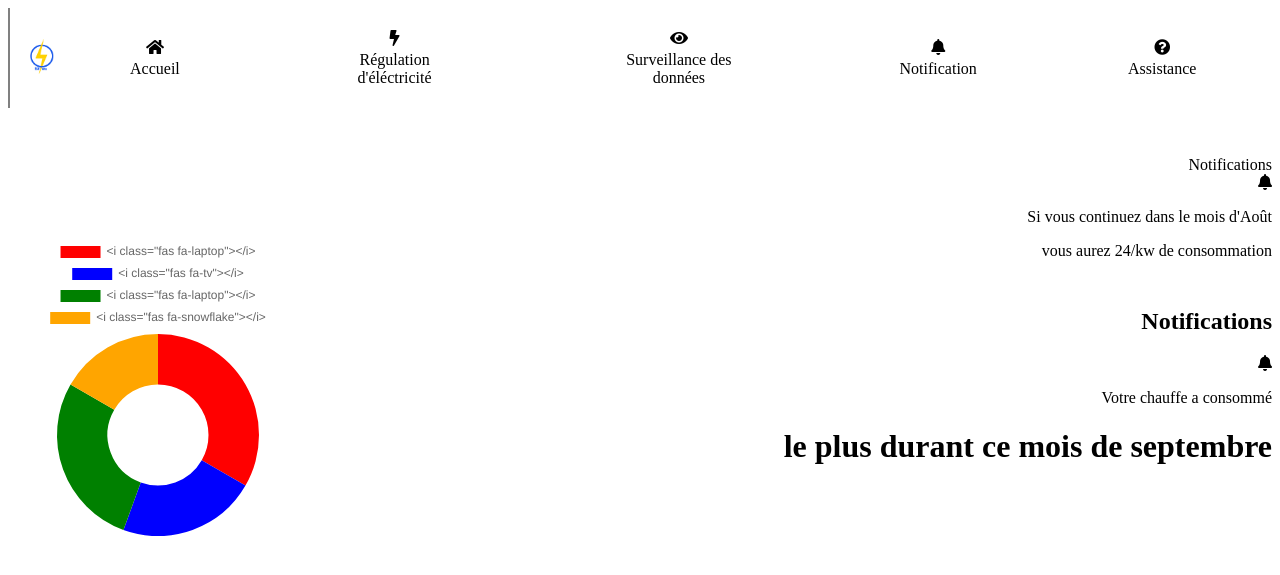
Repository: hamdia200/OSC-Ecowiz
Page: http://localhost/accueil
These files come from the project's save history. The page is drawn as it stood at one moment and after the next save; the edit follows.
The browser window is 1280 px wide. The pictures show the whole page.
The page is served by the project's Laravel application, run on PHP 8.4 with Laravel 10.

Above is the page before, as saved 2023-08-18 13:34:24.

After the next save:
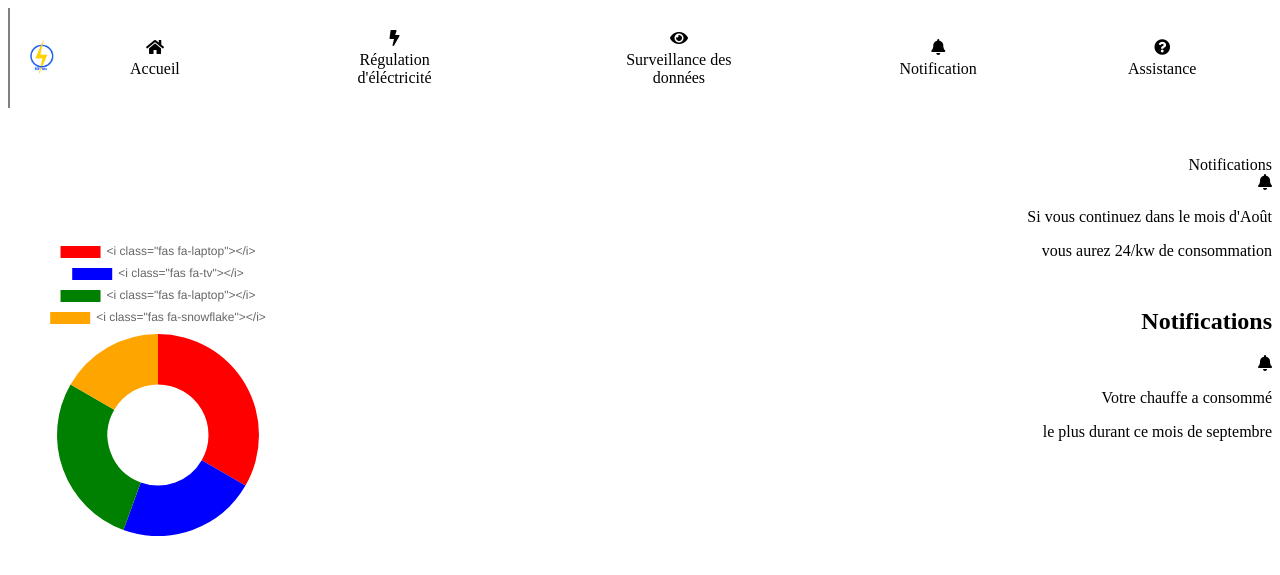
Saved 4 s later.
--- a/resources/views/accueil.blade.php
+++ b/resources/views/accueil.blade.php
@@ -58,7 +58,7 @@
                         <div class="notifications2">
                             <h2>Notifications</h2>
                             <i class="fas fa-bell"></i>
-                                <p> Votre chauffe a consommé </p> <h1> le plus durant ce mois de septembre </h1>
+                                <p> Votre chauffe a consommé </p> <p> le plus durant ce mois de septembre </p>
                         </div>
                     </div>
                 </div>
